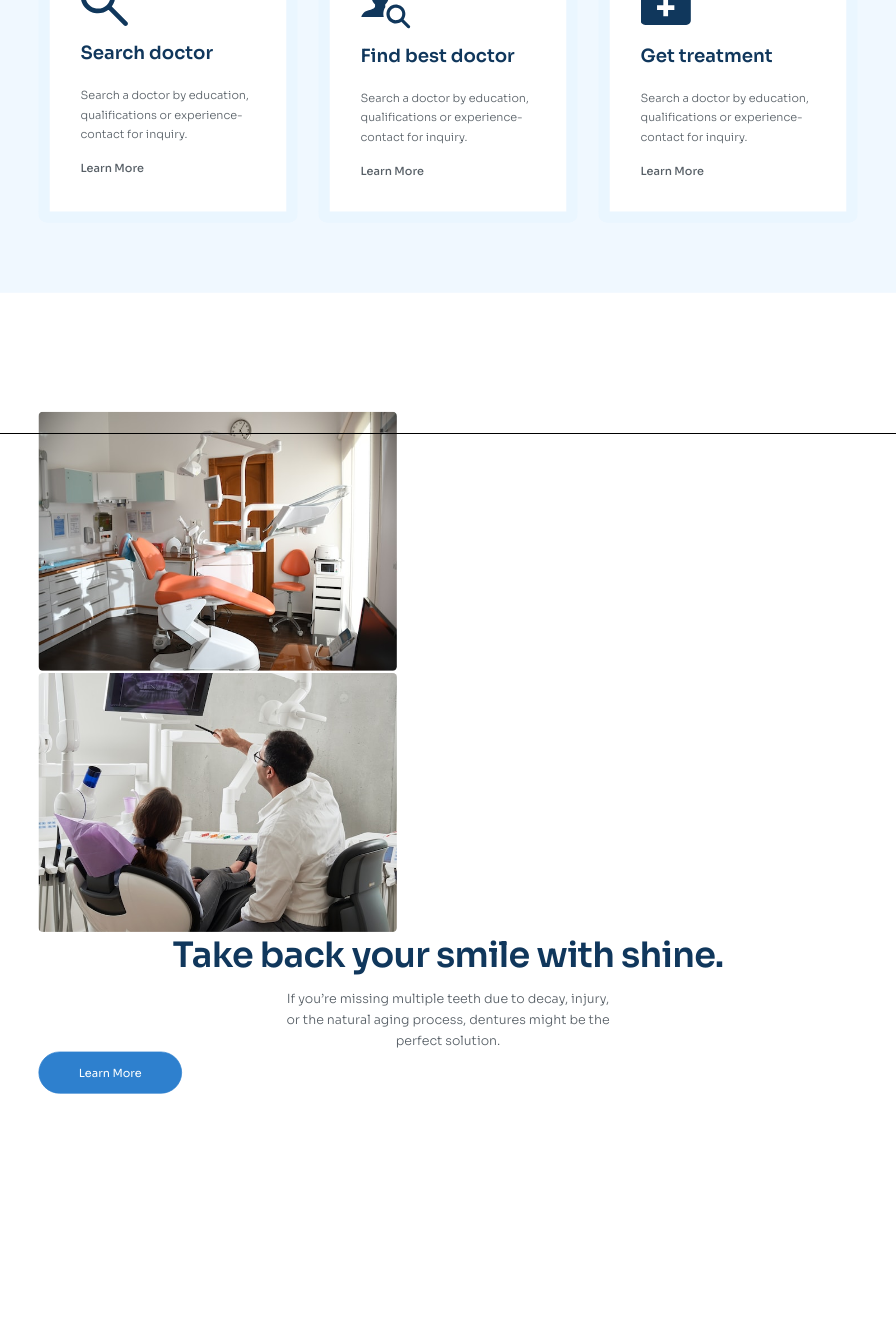
Repository: han2003dz/f8-project-03
Page: index.html
The author's editor kept a copy of each file at every save. The page is drawn from the files as they stood at one save, then again after a run of saves.
The browser window is 1280 px wide. The pictures show the part of the page from y = 2285 to 4205 px (the page is 6000 px tall), at 70% of full size.

Above is the page before, as saved 2023-05-06 20:58:37.

### index.html
<!DOCTYPE html>
<html lang="en">

<head>
    <meta charset="UTF-8">
    <meta http-equiv="X-UA-Compatible" content="IE=edge">
    <meta name="viewport" content="width=device-width, initial-scale=1.0">
    <title>Shine Smile</title>
    <!-- favicon -->
    <link rel="apple-touch-icon" sizes="57x57" href="./assets/favicon/apple-icon-57x57.png">
    <link rel="apple-touch-icon" sizes="60x60" href="./assets/favicon/apple-icon-60x60.png">
    <link rel="apple-touch-icon" sizes="72x72" href="./assets/favicon/apple-icon-72x72.png">
    <link rel="apple-touch-icon" sizes="76x76" href="./assets/favicon/apple-icon-76x76.png">
    <link rel="apple-touch-icon" sizes="114x114" href="./assets/favicon/apple-icon-114x114.png">
    <link rel="apple-touch-icon" sizes="120x120" href="./assets/favicon/apple-icon-120x120.png">
    <link rel="apple-touch-icon" sizes="144x144" href="./assets/favicon/apple-icon-144x144.png">
    <link rel="apple-touch-icon" sizes="152x152" href="./assets/favicon/apple-icon-152x152.png">
    <link rel="apple-touch-icon" sizes="180x180" href="./assets/favicon/apple-icon-180x180.png">
    <link rel="icon" type="image/png" sizes="192x192" href="./assets/favicon/android-icon-192x192.png">
    <link rel="icon" type="image/png" sizes="32x32" href="./assets/favicon/favicon-32x32.png">
    <link rel="icon" type="image/png" sizes="96x96" href="./assets/favicon/favicon-96x96.png">
    <link rel="icon" type="image/png" sizes="16x16" href="./assets/favicon/favicon-16x16.png">
    <link rel="manifest" href="./assets/favicon/manifest.json">
    <meta name="msapplication-TileColor" content="#ffffff">
    <meta name="msapplication-TileImage" content="./assets/favicon/ms-icon-144x144.png">
    <meta name="theme-color" content="#ffffff">
    <!-- embed font -->
    <link rel="preconnect" href="https://fonts.googleapis.com">
    <link rel="preconnect" href="https://fonts.gstatic.com" crossorigin>
    <link href="https://fonts.googleapis.com/css2?family=Sora:wght@300;400;500;600;700&display=swap" rel="stylesheet">
    <!-- my css -->
    <link rel="stylesheet" href="/assets/css/reset.css">
    <link rel="stylesheet" href="/assets/css/style.css">
</head>

<body style="height: 6000px;">
    <header class="header">
        <div class="container">
            <!-- nav -->
            <div class="navigation">
                <a href="#!">
                    <div class="logo">
                        <span class="logo__circle"></span>
                        <span class="logo__text">
                            <span class="logo__brand">shine</span>
                            <span class="logo__brand logo__brand--small">smile</span>
                        </span>
                    </div>
                </a>
                <nav class="navbar">
                    <ul class="nav__list">
                        <li class="nav__item">
                            <a href="#!" class="nav__link nav__link--active">Home</a>
                        </li>
                        <li class="nav__item">
                            <a href="#!" class="nav__link">Services</a>
                        </li>
                        <li class="nav__item">
                            <a href="#!" class="nav__link">About</a>
                        </li>
                        <li class="nav__item">
                            <a href="#!" class="nav__link">Doctors</a>
                        </li>
                    </ul>
                </nav>
                <!-- action -->
                <div class="header-action">
                    <a href="#!" class="header-action__login">Log In</a>
                    <button href="#!" class="header-action__sign-up btn">Sign Up</button>
                </div>
            </div>
            <!-- hero -->
            <section class="hero">
                <!-- hero content -->
                <div class="hero__content">
                    <h1 class="hero__heading">Exceptional dental care for all ages.</h1>
                    <p class="hero__desc">Exceptional dental care for all ages. Your great smile begins with a great
                        dentist.</p>
                    <div class="hero__row">
                        <a href="#!" class="btn hero__btn">Book Online</a>
                        <span class="hero__phone">or call (123) 456-7890</span>
                    </div>
                </div>
                <div class="hero__media">
                    <figure class="hero__images">
                        <img src="./assets/img/img1__hero.jpg" alt="" class="hero__img">
                        <img src="./assets/img/img2__hero.jpg" alt="" class="hero__img">
                    </figure>
                </div>

            </section>
        </div>
    </header>
    <main>
        <!-- service -->
        <div class="service">
            <div class="container">
                <h2 class="section-heading">Our services</h2>
                <p class="section-desc">Exceptional dental care for all ages. Your great smile begins with a great
                    dentist.</p>
                <div class="service__row">
                    <figure>
                        <img src="./assets/img/service-img3.jpg" alt="" class="service__img">
                    </figure>
                    <div>
                        <div class="service__list">
                            <!-- item 1 -->
                            <section class="service-item">
                                <div class="service-item__icon">
                                    <!-- icon -->
                                    <svg width="22" height="24" viewBox="0 0 22 24" fill="none"
                                        xmlns="http://www.w3.org/2000/svg">
                                        <path
                                            d="M20.3598 2.63964C17.9506 -0.556131 14.2772 -0.568132 11.2481 1.10682C11.001 1.24657 10.7219 1.31411 10.4406 1.30222C10.1592 1.29033 9.88633 1.19945 9.65105 1.03931C8.49552 0.245717 7.29036 -0.316477 5.13904 0.207462C0.623408 1.3071 0 4.90379 0 8.99816C0.0797353 12.1602 0.500857 15.3032 1.25551 18.3683C2.11836 22.0168 3.90382 24 5.43354 24C6.96326 24 7.00963 22.2204 7.00963 20.8016C7.00963 19.2009 7.39505 14.8009 10.8642 14.8009C13.5317 14.8009 14.3333 18.4013 14.3333 20.8016C14.3329 23.095 15.1722 24 16.6628 24C19.5267 24 20.9796 15.3938 21.3719 13.1237C21.7642 10.8535 22.9882 6.12569 20.3598 2.63964Z"
                                            fill="currentColor" />
                                    </svg>
                                </div>
                                <div class="service-item__body">
                                    <h3 class="service-item__heading">Oral Surgery</h3>
                                    <p class="service-item__desc">
                                        Everything you expect and then some. Cleanings, fillings, and x-rays.
                                    </p>
                                </div>
                            </section>
                            <!-- item 2 -->
                            <section class="service-item">
                                <div class="service-item__icon">
                                    <!-- icon -->
                                    <svg width="22" height="24" viewBox="0 0 22 24" fill="none"
                                        xmlns="http://www.w3.org/2000/svg">
                                        <path
                                            d="M20.3598 2.63964C17.9506 -0.556131 14.2772 -0.568132 11.2481 1.10682C11.001 1.24657 10.7219 1.31411 10.4406 1.30222C10.1592 1.29033 9.88633 1.19945 9.65105 1.03931C8.49552 0.245717 7.29036 -0.316477 5.13904 0.207462C0.623408 1.3071 0 4.90379 0 8.99816C0.0797353 12.1602 0.500857 15.3032 1.25551 18.3683C2.11836 22.0168 3.90382 24 5.43354 24C6.96326 24 7.00963 22.2204 7.00963 20.8016C7.00963 19.2009 7.39505 14.8009 10.8642 14.8009C13.5317 14.8009 14.3333 18.4013 14.3333 20.8016C14.3329 23.095 15.1722 24 16.6628 24C19.5267 24 20.9796 15.3938 21.3719 13.1237C21.7642 10.8535 22.9882 6.12569 20.3598 2.63964Z"
                                            fill="currentColor" />
                                    </svg>
                                </div>
                                <div class="service-item__body">
                                    <h3 class="service-item__heading">Wisdom Teeth Removal</h3>
                                    <p class="service-item__desc">
                                        Everything you expect and then some. Cleanings, fillings, and x-rays.
                                    </p>
                                </div>
                            </section>
                            <!-- item 3 -->
                            <section class="service-item">
                                <div class="service-item__icon">
                                    <!-- icon -->
                                    <svg width="22" height="24" viewBox="0 0 22 24" fill="none"
                                        xmlns="http://www.w3.org/2000/svg">
                                        <path
                                            d="M20.3598 2.63964C17.9506 -0.556131 14.2772 -0.568132 11.2481 1.10682C11.001 1.24657 10.7219 1.31411 10.4406 1.30222C10.1592 1.29033 9.88633 1.19945 9.65105 1.03931C8.49552 0.245717 7.29036 -0.316477 5.13904 0.207462C0.623408 1.3071 0 4.90379 0 8.99816C0.0797353 12.1602 0.500857 15.3032 1.25551 18.3683C2.11836 22.0168 3.90382 24 5.43354 24C6.96326 24 7.00963 22.2204 7.00963 20.8016C7.00963 19.2009 7.39505 14.8009 10.8642 14.8009C13.5317 14.8009 14.3333 18.4013 14.3333 20.8016C14.3329 23.095 15.1722 24 16.6628 24C19.5267 24 20.9796 15.3938 21.3719 13.1237C21.7642 10.8535 22.9882 6.12569 20.3598 2.63964Z"
                                            fill="currentColor" />
                                    </svg>
                                </div>
                                <div class="service-item__body">
                                    <h3 class="service-item__heading">Preventative Dentistry</h3>
                                    <p class="service-item__desc">
                                        Everything you expect and then some. Cleanings, fillings, and x-rays.
                                    </p>
                                </div>
                            </section>
                        </div>
                        <a href="" class="btn service__btn">All Services</a>
                    </div>
                </div>
            </div>
        </div>
        <section class="work">
            <div class="container">
                <h2 class="section-heading heading__work">How it works</h2>
                <p class="section-desc desc__work">Exceptional dental care for all ages. Your great smile begins with a
                    great dentist.
                </p>
                <div class="work__list">
                    <!-- item 1 -->
                    <section class="work-item">
                        <img src="./assets/icon/search.svg" alt="" class="work-item__icon">
                        <h3 class="work-item__heading">Search doctor</h3>
                        <p class="work-item__desc">Search a doctor by education, qualifications or experience-contact
                            for inquiry.
                        </p>
                        <a href="#!" class="learn-more">Learn More</a>
                    </section>
                    <!-- item 2 -->
                    <section class="work-item">
                        <img src="./assets/icon/search-user.svg" alt="" class="work-item__icon">
                        <h3 class="work-item__heading">Find best doctor</h3>
                        <p class="work-item__desc">Search a doctor by education, qualifications or experience-contact
                            for inquiry.
                        </p>
                        <a href="#!" class="learn-more">Learn More</a>
                    </section>
                    <!-- item 3 -->
                    <section class="work-item">
                        <img src="./assets/icon/bag.svg" alt="" class="work-item__icon">
                        <h3 class="work-item__heading">Get treatment</h3>
                        <p class="work-item__desc">Search a doctor by education, qualifications or experience-contact
                            for inquiry.
                        </p>
                        <a href="#!" class="learn-more">Learn More</a>
                    </section>
                </div>
            </div>
        </section>
        <!-- feature -->
        <div class="feature">
            <div class="container">
                <div class="feature__media">
                    <figure class="feature__images">
                        <img src="./assets/img/feature-img1.jpg" alt="" class="feature__img">
                        <img src="./assets/img/feature-img2.jpg" alt="" class="feature__img">
                    </figure>
                </div>
                <section class="feature__content">
                    <h2 class="section-heading">Take back your smile with shine.</h2>
                    <p class="section-desc">If you’re missing multiple teeth due to decay, injury, or the natural aging
                        process, dentures might be the perfect solution.
                    </p>
                    <a href="#!" class="btn">Learn More</a>
                </section>
            </div>
        </div>
    </main>
    <script src="./assets/app.js"></script>
</body>

</html>

### assets/css/style.css
* {
  box-sizing: border-box;
}
html {
  font-size: 62.5%;
}
body {
  font-size: 1.6rem;
  font-family: "Sora", sans-serif;
}
/* common */
.container {
  width: 1170px;
  max-width: calc(100% - 48px);
  margin: 0 auto;
}
.navigation {
  display: flex;
  justify-content: space-between;
  align-items: center;
}
a {
  text-decoration: none;
}
:root {
  --header-bg: #10375c;
  --primary-color: #2e80ce;
  --height-btn: 60px;
}
.nav__link,
.header-action__login {
  padding: 5px 14px;
  font-size: 1.6rem;
  font-weight: 300;
  color: #c9d2da;
}
.header-action__login:hover,
.nav__link:hover,
.nav__link--active {
  text-shadow: 1px 0 0 #fff;
}
.btn {
  display: inline-block;
  min-width: 205px;
  height: var(--height-btn);
  padding: 0 20px;
  border: 1px solid var(--primary-color);
  line-height: var(--height-btn);
  border-radius: 999px;
  font-weight: 400;
  font-size: 1.6rem;
  text-align: center;
  color: #fff;
  background: var(--primary-color);
}
.btn:hover {
  opacity: 0.9;
  cursor: pointer;
}
/* header */
.header {
  padding-top: 30px;
  padding-bottom: 100px;
  min-height: 100vh;
  background: var(--header-bg);
}

.logo {
  /* 1em = 10px */
  font-size: 1rem;
  position: relative;
  display: inline-flex;
  align-items: center;
}
.logo__circle::before,
.logo__circle::after {
  display: inline-block;
  content: "";
  border-radius: 50%;
}
.logo__circle::before {
  width: 3em;
  height: 3em;
  background: var(--primary-color);
}
.logo__circle::after {
  width: 1.6em;
  height: 1.6em;
  background: #fff;
  position: absolute;
  top: 1.1em;
  left: 1.1em;
}
.logo__text {
  margin-left: 0.6em;
  text-align: right;
  line-height: 1.6em;
}
.logo__brand {
  display: block;
  font-weight: 400;
  font-size: 1.8em;
  color: #fff;
}
.logo__brand--small {
  font-size: 1.2em;
  font-weight: 300;
}
/* navbar */
.navbar .nav__list {
  display: flex;
}
.nav__link {
  padding: 5px 21px;
}
.nav__link--active {
  pointer-events: none;
}
.nav__link--active::before {
  position: relative;
  left: -8px;
  bottom: 2px;
  content: "";
  display: inline-block;
  width: 6px;
  height: 6px;
  background: #fff;
  border-radius: 50%;
}
/* header-action */
.header-action {
  display: flex;
  align-items: center;
}
.header-action__login {
  margin-right: 7px;
}
.header-action__sign-up {
  min-width: 120px;
}
/* hero */
.hero {
  display: flex;
  margin-top: 76px;
  align-items: center;
}
.hero__content {
  /* giải quyết vấn đề co nhỏ */
  flex-shrink: 0;
  width: 44%;
}
.hero__media {
  flex-grow: 1;
}
.hero__heading {
  font-weight: 600;
  font-size: 7rem;
  line-height: 1.14;
  /* or 114% */
  letter-spacing: -0.02em;
  color: #ffffff;
}
.hero__desc {
  font-weight: 300;
  font-size: 1.8rem;
  line-height: 1.67;
  /* or 167% */
  color: #c9d2da;
  margin-top: 22px;
  margin-bottom: 38px;
}
.hero__phone {
  font-weight: 400;
  font-size: 1.8rem;
  line-height: 1.67;
  color: #fff;
}
.hero__row {
  display: flex;
  align-items: center;
  gap: 38px;
}
.hero__images {
  display: flex;
  align-items: center;
  justify-content: flex-end;
}
.hero__img {
  width: 330px;
  height: 500px;
  border-radius: 6px;
  object-fit: cover;
}
.hero__img:last-child {
  width: 210px;
  height: 400px;
}
/* service */
.service {
  padding: 170px 0;
}
.section-heading,
.section-desc {
  text-align: center;
}
.section-heading {
  font-weight: 600;
  font-size: 5rem;
  line-height: 1.2;
  /* identical to box height, or 120% */
  letter-spacing: -0.02em;
  color: #10375c;
  margin-bottom: 18px;
}
.section-desc {
  font-weight: 300;
  font-size: 1.8rem;
  line-height: 1.67;
  /* or 167% */
  margin: 0 auto;
  color: #575f66;
  max-width: 468px;
}
.service__row {
  margin-top: 70px;
  display: flex;
  justify-content: space-between;
  align-items: center;
}
.service__img {
  width: 570px;
  height: 570px;
  object-fit: cover;
  border-radius: 12px;
}
.service-item {
  display: flex;
  max-width: 420px;
  height: 128px;
  background: #ffffff;
  border-radius: 10px;
  align-items: center;
}
.service-item:hover {
  box-shadow: 0px 14px 28px rgba(0, 0, 0, 0.05);
  border-radius: 10px;
  cursor: pointer;
  position: relative;
}
.service-item:hover .service-item__icon {
  background: #2e80ce;
  box-shadow: 0px 8px 16px rgba(40, 155, 222, 0.15);
  color: #fff;
}
.service-item__heading {
  font-weight: 600;
  font-size: 1.8rem;
  line-height: 1.27;
  /* identical to box height */
  color: #10375c;
  margin-bottom: 8px;
}
.service-item__desc {
  font-weight: 300;
  font-size: 1.6rem;
  line-height: 1.75;
  /* or 175% */
  color: #575f66;
  max-width: 308px;
}
.service-item__icon {
  display: flex;
  justify-content: center;
  align-items: center;
  margin-right: 19px;
  margin-left: 22px;
  flex-shrink: 0;
  width: 60px;
  height: 60px;
  border-radius: 50%;
  background: #eff6fd;
  box-shadow: 0px 8px 16px rgba(0, 0, 0, 0.05);
  color: #10375c;
}
.service-item__body {
  margin-left: 20px;
}
.service__btn {
  margin-top: 55px;
}
/* work */
.work {
  padding: 100px 0;
  background: #f0f8ff;
}
.heading__work,
.desc__work {
  text-align: left;
  margin: 0;
}
.desc__work {
  margin-top: 18px;
}
.work__list {
  display: grid;
  grid-template-columns: repeat(3, 1fr);
  margin-top: 70px;
  column-gap: 30px;
}
.work-item{
  padding: 44px;
  border-radius: 12px;
  border: 16px solid #EAF6FF;
  background: #fff;
  transition: .25s;
}
.work-item:hover{
  border: 16px solid var(--primary-color);
  transform: translateY(-16px);
}
.work-item__heading {
  margin-top: 18px;
  font-weight: 600;
  font-size: 2.6rem;
  line-height: 1.38;
  /* identical to box height, or 138% */
  color: var(--header-bg);
}
.work-item__desc, .learn-more {
  margin-top: 28px;
  font-weight: 300;
  font-size: 16px;
  line-height: 28px;
  /* or 175% */
  color: #575f66;
}
.learn-more{
  display: inline-block;
  margin-top: 20px;
  font-weight: 500;
}
.learn-more:hover{
  font-weight: 600;
  color: #2e80ce;
  transition: 0.2s;
  transform: translateY(-3px);
}
/* feature */
.feature{
  margin-top: 85px;
  padding: 85px 0;
}
.feature__media{
  width: 48%;
}
.feature__images{
  position: relative;
}
.feature__img{
  width: 512px;
  height: 370px;
  border-radius: 6px;
  ob
}

### assets/app.js
const navItems = document.querySelectorAll(".nav__link");
function handleClickNav(event){
    [...navItems].forEach(item => item.classList.remove("nav__link--active"));
    event.target.classList.add("nav__link--active");
    console.log(event.target);
}
[...navItems].forEach(item => item.addEventListener("click", handleClickNav));

Loaded but not shown: assets/css/reset.css (common file)

After the next 2 saves:
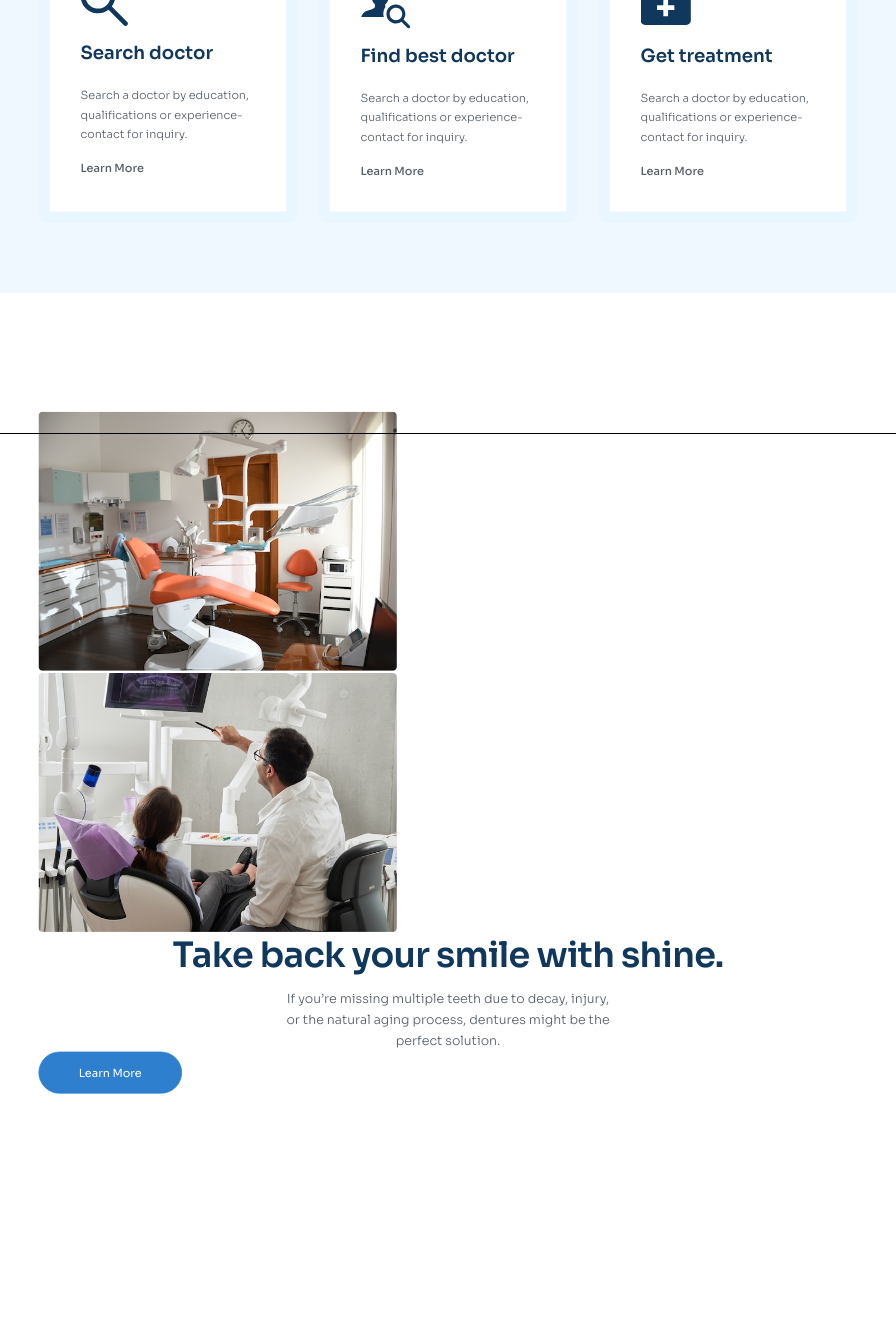
The 2 saves are shown as one change because they came seconds apart.
The last was saved 6 s later.
--- a/assets/css/style.css
+++ b/assets/css/style.css
@@ -360,5 +360,5 @@ a {
   width: 512px;
   height: 370px;
   border-radius: 6px;
-  ob
-}
+  object-fit: cover;
+}
